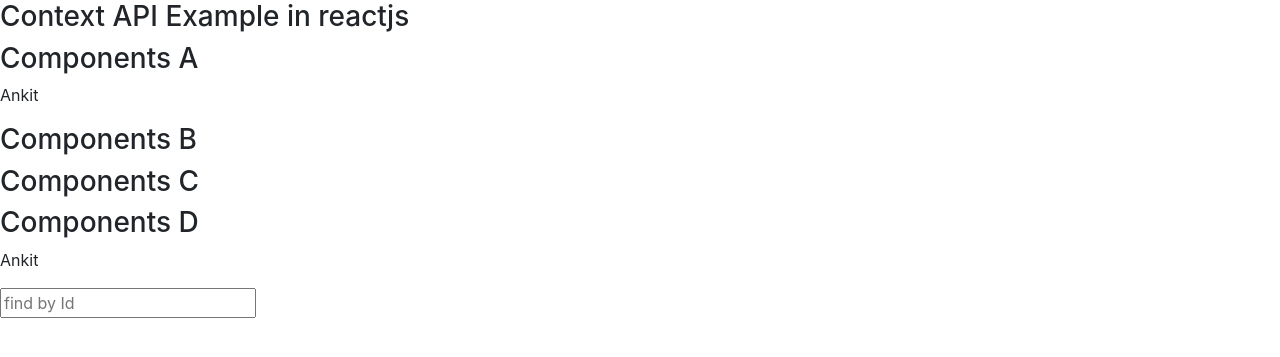
Repository: lalji-yadav/React-Context-API
Page: /a
An editor plug-in stored every save of this project. The page is shown before and after a run of saves, followed by the edit.
The browser window is 1280 px wide. The pictures show the whole page.
The page's requests for data from a server got no answer. The project was rebuilt for these pictures with package versions that can differ from the ones it lists, and the page was loaded fresh each time. No one was signed in, and anything a server would have sent is missing. Also part of the build but not shown: src/App.css.

Above is the page before, as saved 2021-02-12 11:34:55.

After the next 2 saves:
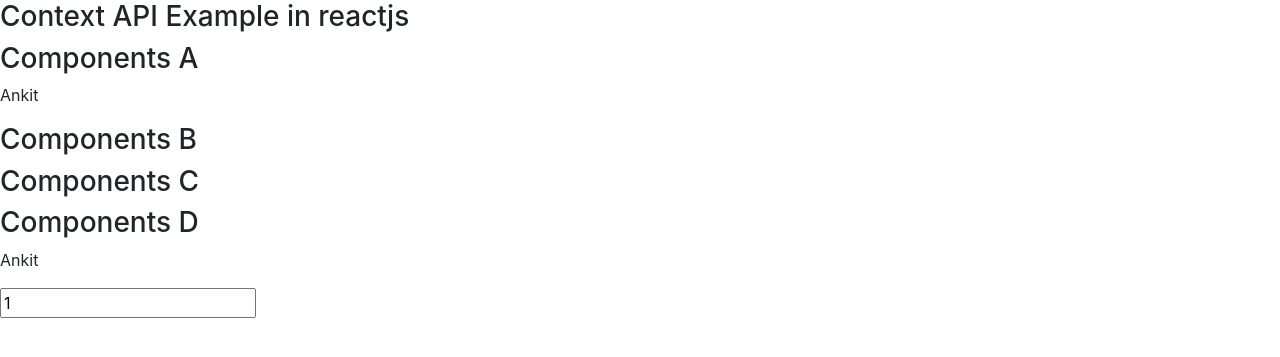
The 2 saves are shown as one change because 1 did not build or start.
The last was saved 3 min 53 s later.
--- a/src/components/C.js
+++ b/src/components/C.js
@@ -5,6 +5,7 @@ import D from "./D";
 const C = () => {
 
     const [data, setData] = useState([])
+    const [id, setId] = useState(1)
 
     useEffect(()=>{
         axios.get('https://reqres.in/api/unknown').then((res)=> {
@@ -20,7 +21,7 @@ const C = () => {
              <h3> Components C </h3>
              <D />
 
-             <input type="text" placeholder="find by Id" value={data.id} onChange={(e)=>setData(e.target.value)} />
+             <input type="text" placeholder="find by Id" value={id} onChange={(e)=>setData(e.target.value)} />
              {
                  data.map(item=> (<li key={item.id} >{item.name}</li>))
              }
